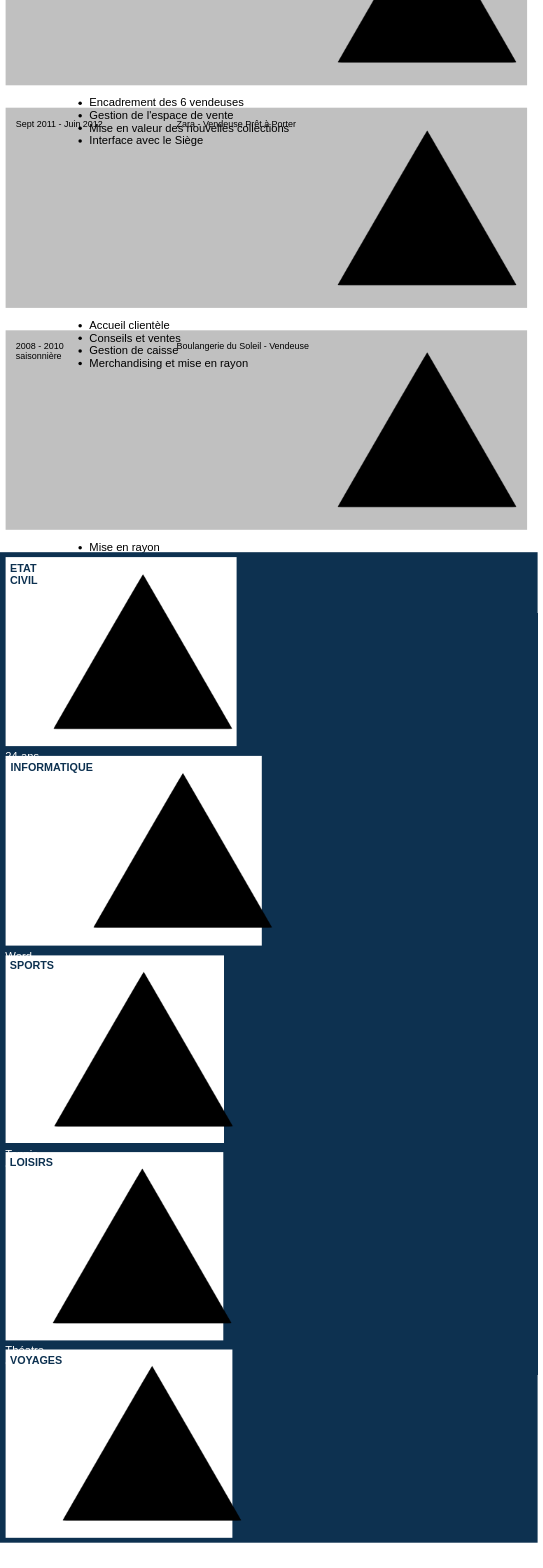
Repository: evalwebmeteofullstack/Gestion_meteo
Page: Notes/Exercices/static/ExoCV/CV.html
The author's editor kept a copy of each file at every save. The page is drawn from the files as they stood at one save, then again after the next save.
The browser window is 768 px wide. The page is 768 px wide, then 775 px, so the pictures cover 775 px, including what lies to the right of the window. The pictures show the part of the page from y = 577 to 2817 px (the page is 2817 px tall), at 70% of full size.

Above is the page before, as saved 2019-01-29 16:19:59.

### Notes/Exercices/static/ExoCV/CV.html
<!DOCTYPE html5>
<link rel="stylesheet" type="text/css" type="text/css"
	href="StyleCV.css" />
<meta charset="ISO-8859-1">
<meta name="viewport"
	content="user-scalable=no,initial-scale=1, minimum-scale=1, maximum-scale=1, width=device-width">
<html lang="fr">
<head>
<title>CV Alexandra Billu</title>
</head>
<body>
	<!-- *********************************************************************************** -->
	<!-- 								PREMIERE DIV 										-->
	<!-- *********************************************************************************** -->
	<header id="titre">
		<h1>Responsable Point de Vente Prêt à Porter</h1>
	</header>
	<!-- *********************************************************************************** -->
	<!-- 								DEUXIEME DIV 										-->
	<!-- *********************************************************************************** -->
	<div id="divID">
		<header id="imgObe">
			<img src="../Images/obelix-little.gif" />
		</header>
		<article>
			<header>
				<h2>Obelix POTTER</h2>
			</header>
			<p>12, rue Saint-Rome - 31000 Toulouse</p>
			<p>05 61 06 06 06</p>
			<p>06 62 43 56 12</p>
			<p>alex21.billu@gmail.com</p>
		</article>
	</div>
	<!-- *********************************************************************************** -->
	<!-- 								TROISIEME DIV 										-->
	<!-- *********************************************************************************** -->
	<div id="divPro">
		<!-- *********************************************************************************** -->
		<!-- 								SECTION 1 										-->
		<!-- *********************************************************************************** -->
		<section>
			<header>
				<h2>FORMATION</h2>
			</header>
			<article>
				<header>
					<span>Sept 2012 - Juin 2014</span> <span><b>BTS Commerce</b></span>
				</header>
				<p>En alternance à Toulouse</p>
			</article>
			<br />
			<article>
				<header>
					<span>Sept 2010 - Juin 2011</span> <span><b>Baccalauréat
							STMG</b></span>
				</header>
				<p>Lycée Emilie de Rodat à Toulouse</p>
			</article>
		</section>
		<!-- *********************************************************************************** -->
		<!-- 								SECTION 2 										-->
		<!-- *********************************************************************************** -->
		<section id="sectExp">
			<header>
				<h2>EXPERIENCES PROFESSIONNELLES</h2>
			</header>
			<article>
				<label for="CkExp1">
					<span>Jan 2014 - Juin 2014</span> <span>Desigual -
						Responsable Point de Vente</span><img class="triangle"
						src="../Images/triangle-png-6.png">
				</label>
				<input type="checkbox" id="CkExp1">
				<ul id="Ul1">
					<li>Encadrement des 6 vendeuses</li>
					<li>Gestion de l'espace de vente</li>
					<li>Mise en valeur des nouvelles collections</li>
					<li>Interface avec le Siège</li>
				</ul>
			</article>
			<article>
				<label for="CkExp2">
					<span>Sept 2011 - Juin 2012</span> <span>Zara - Vendeuse
						Prêt à Porter</span><img class="triangle"
						src="../Images/triangle-png-6.png">
				</label>
				<input type="checkbox" id="CkExp2">
				<ul id="Ul2">
					<li>Accueil clientèle</li>
					<li>Conseils et ventes</li>
					<li>Gestion de caisse</li>
					<li>Merchandising et mise en rayon</li>
				</ul>
			</article>
			<article>
				<label for="CkExp3">
					<span>2008 - 2010 <br />saisonnière
					</span> <span>Boulangerie du Soleil - Vendeuse</span> <img
						class="triangle" src="../Images/triangle-png-6.png">
				</label>
				<input type="checkbox" id="CkExp3">
				<ul id="Ul3">
					<li>Mise en rayon</li>
					<li>Vente</li>
					<li>Gestion de caisse</li>
				</ul>
			</article>
		</section>
	</div>
	<!-- *********************************************************************************** -->
	<!-- 								QUATRIEME DIV 										-->
	<!-- *********************************************************************************** -->
	<div id="divDivers">
		<!-- **********************************************************************************-->
		<!-- 								SECTION 1								-->
		<!-- *********************************************************************************** -->
		<article>
			<label for="CkCiv">ETAT CIVIL<img class="triangle"
				src="../Images/triangle-png-6.png">
			</label> <input type="checkbox" id="CkCiv">
			<div id="divPCiv">
				<p>24 ans</p>
				<p>Nationalité Française</p>
				<p>Permis B</p>
			</div>
		</article>
		<article>
			<label for="CkInfo">INFORMATIQUE<img class="triangle"
				src="../Images/triangle-png-6.png">
			</label> <input type="checkbox" id="CkInfo">
			<div id="divPInfo">
				<p>Word</p>
				<p>Excel</p>
				<p>Internet</p>
			</div>
		</article>
		<article>
			<label for="CkSport">SPORTS<img class="triangle"
				src="../Images/triangle-png-6.png">

			</label> <input type="checkbox" id="CkSport">
			<div id="divPSport">
				<p>Tennis</p>
				<p>Golf</p>
			</div>
		</article>
		<article>
			<label for="CkLoisir">LOISIRS<img class="triangle"
				src="../Images/triangle-png-6.png">
			</label><input type="checkbox" id="CkLoisir">
			<div id="divPLoisir">
				<p>Théatre</p>
				<p>Cinéma</p>
			</div>
		</article>
		<article>
			<label for="CkVoyage"> VOYAGES<img class="triangle"
				src="../Images/triangle-png-6.png">
			</label><input type="checkbox" id="CkVoyage">
			<div id="divPVoyage">
				<p>Brésil</p>
				<p>Australie</p>
				<p>Argentine</p>
			</div>
		</article>
	</div>
</body>
</html>

### Notes/Exercices/static/ExoCV/StyleCV.css
* {
	box-sizing: border-box;
}

body {
	display: flex;
	flex-direction: row;
	flex-wrap: wrap;
	justify-content: flex-end;
	width: 100%;
	margin: 0;
	font-family: sans-serif;
}

p {
	margin: 0%;
}

h1 {
	margin: 0;
}

#imgObe {
	text-align: center;
}

#imgObe img {
	border: 0.3em solid #c0c0c0;
	border-radius: 0.4em;
}

#titre {
	width: 80%;
	font-size: 1.5em;
	padding-left: 1%;
	margin-bottom: 18%;
}

#divID {
	display: flex;
	flex-direction: column;
	width: 20%;
	background-color: #0D3150;
	color: #ffffff;
	border-bottom: 2px solid #c0c0c0;
	padding-bottom: 1%;
	padding-top: 1%;
	padding-left: 1%;
}

#divID article {
	padding-top: 1%;
}

#divPro {
	display: flex;
	flex-direction: column;
	width: 80%;
	margin-top: -18%;
	padding-left: 1%;
	padding-right: 2%;
	left: 0;
}

#divPro p {
	margin-left: 10em;
}

div section h2 {
	color: #ffffff;
	background-color: #0D3150;
	padding-left: 1%;
	font-size: 1.8em;
}

#sectExp article label {
	background-color: #c0c0c0;
	display: flex;
	flex-direction: row;
}

#sectExp article span {
	width: 70%;
}

#sectExp article ul {
	margin-left: 5em;
}

#divDivers {
	display: flex;
	flex-direction: column;
	width: 20%;
	background-color: #0D3150;
	color: #ffffff;
	padding-left: 1%;
}

#divDivers label {
	color: #0D3150;
	background-color: #ffffff;
	margin-right: 2%;
	padding-left: 1%;
	font-size: 1.2em;
	font-weight: bold;
}

.triangle {
	height: 0;
	opacity: 0;
}

input[type=checkbox] {
	display: none;
}

@media screen and (min-width : 250px) and (max-width: 900px) {
	body {
		display: flex;
		flex-direction: column;
		font-size: 0.8em;
	}
	#divPro section header h2 {
		color: #ffffff;
		background-color: #0D3150;
		padding-left: 2%;
		font-size: 1.5em;
	}
	#sectExp article label {
		padding: 2%;
		margin-top: 2%;
		margin-bottom: 2%;
	}
	#imgObe {
		text-align: right;
		margin-right: 1%;
		background-color: pink;
	}
	#imgObe img {
		max-width: 100%;
		height: auto;
	}
	#titre {
		font-size: 1.2em;
		width: 100%;
		margin-bottom: 0%;
	}
	#divID {
		display: flex;
		flex-direction: row-reverse;
		justify-content: flex-end;
		width: 100%;
		color: black;
		background-color: #ffffff;
		border-bottom: 0;
	}
	#divID article {
		width: 80%;
	}
	#divID article header {
		color: #ffffff;
		background-color: #0D3150;
		padding-left: 2%;
		font-size: 1em;
	}
	#divPro {
		width: 100%;
		margin-top: 0%;
	}
	#divDivers {
		width: 100%;
		align-items: baseline;
	}
	#divDivers label {
		display: flex;
		justify-content: space-between;
		padding: 2%;
		margin-top: 2%;
		margin-bottom: 2%;
	}
	#sectExp article header {
		padding-right: 1%;
	}
	.triangle {
		height: 2%;
		opacity: 1;
	}
	#sectExp article
	#Ul1, #Ul2, #Ul3 {
		height: 0px;
		transition: 0.5s;
		visibility: hidden;
	}
	#CkExp1:checked+#Ul1 {
		/*display: flex;
		flex-direction: column;*/
		height: 60px;
		/*opacity: 1;*/
		transition: 1s;
		visibility: visible;
	}
	#CkExp2:checked+#Ul2 {
		height: 60px;
		/*opacity: 1;*/
		transition: 1s;
		visibility: visible;
	}
	#CkExp3:checked+#Ul3 {
		height: 60px;
		/*opacity: 1;*/
		transition: 1s;
		visibility: visible;
	}
	#divDivers article
	#divPCiv, #divPInfo, #divPSport, #divPLoisir, #divPVoyage {
		height: 0px;
		transition: 0.5s;
		visibility: hidden;
	}
	#CkCiv:checked+#divPCiv {
		height: 60px;
		/*opacity: 1;*/
		transition: 1s;
		visibility: visible;
	}
	#CkInfo:checked+#divPInfo {
		height: 60px;
		/*opacity: 1;*/
		transition: 1s;
		visibility: visible;
	}
	#CkSport:checked+#divPSport {
		height: 60px;
		/*opacity: 1;*/
		transition: 1s;
		visibility: visible;
	}
	#CkLoisir:checked+#divPLoisir {
		height: 60px;
		/*opacity: 1;*/
		transition: 1s;
		visibility: visible;
	}
	#CkVoyage:checked+#divPVoyage {
		height: 60px;
		/*opacity: 1;*/
		transition: 1s;
		visibility: visible;
	}
}

After the next save:
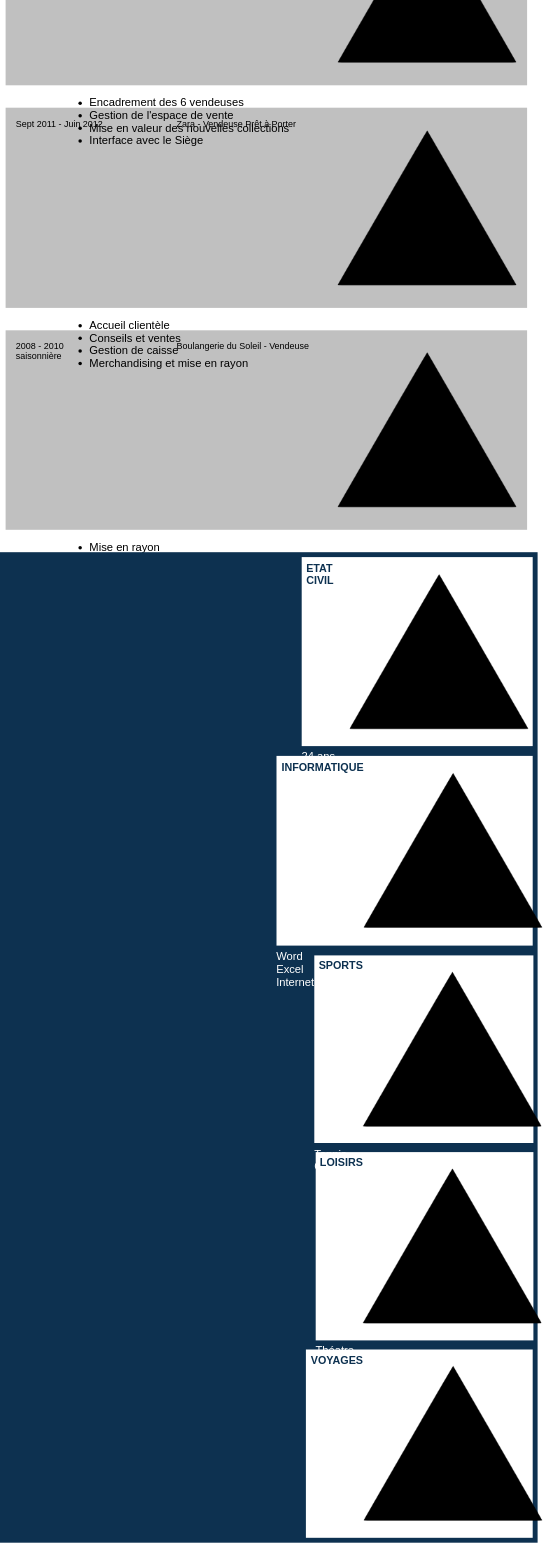
Saved 20 s later.
--- a/Notes/Exercices/static/ExoCV/StyleCV.css
+++ b/Notes/Exercices/static/ExoCV/StyleCV.css
@@ -169,7 +169,7 @@ input[type=checkbox] {
 	}
 	#divDivers {
 		width: 100%;
-		align-items: baseline;
+		align-items: flex-end;
 	}
 	#divDivers label {
 		display: flex;
